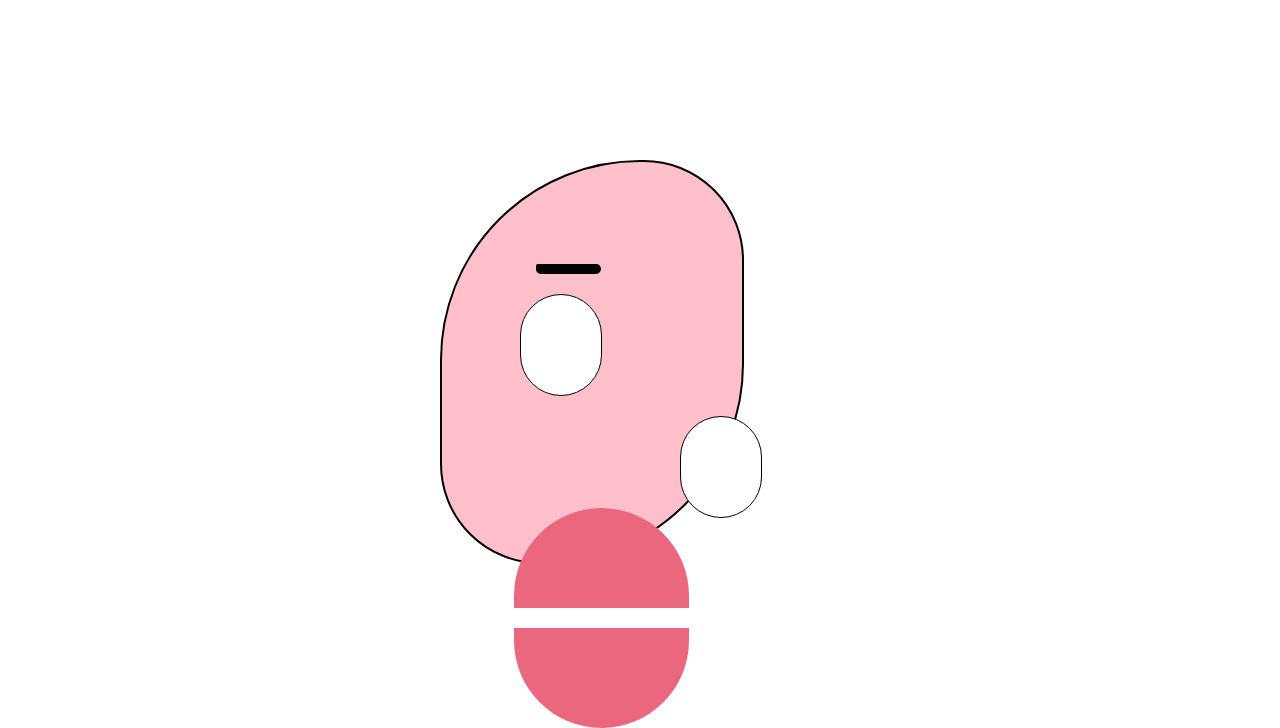
Repository: rodwestmoreland/1150
Page: cssCritter/index.html
The author's editor kept a copy of each file at every save. The page is drawn from the files as they stood at one save, then again after the next save.
The browser window is 1280 px wide. The pictures show the whole page.

Above is the page before, as saved 2021-01-25 20:22:35.

After the next save:
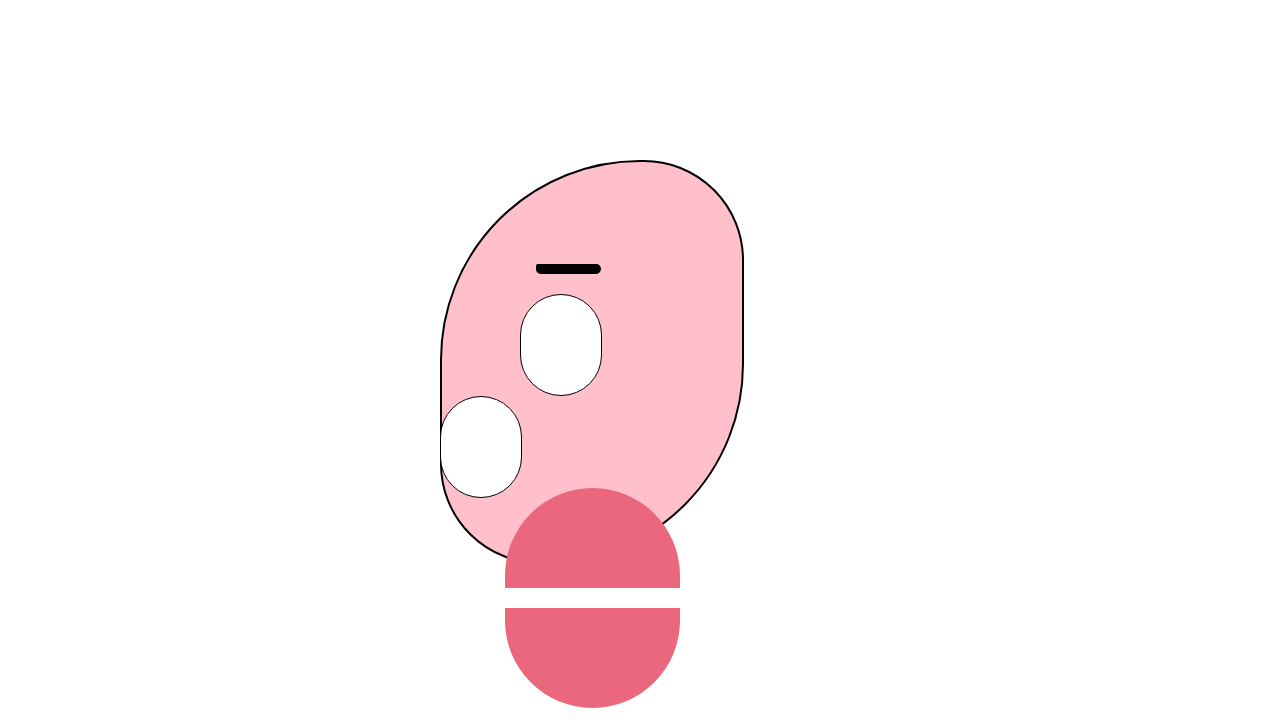
Saved 16 s later.
--- a/cssCritter/style.css
+++ b/cssCritter/style.css
@@ -32,8 +32,7 @@
     border: solid 1px #000;
     background-color: #fff;
     border-radius: 90px;
-    margin-top: 20px;
-    margin-left: 15em;
+
 
   }
 
